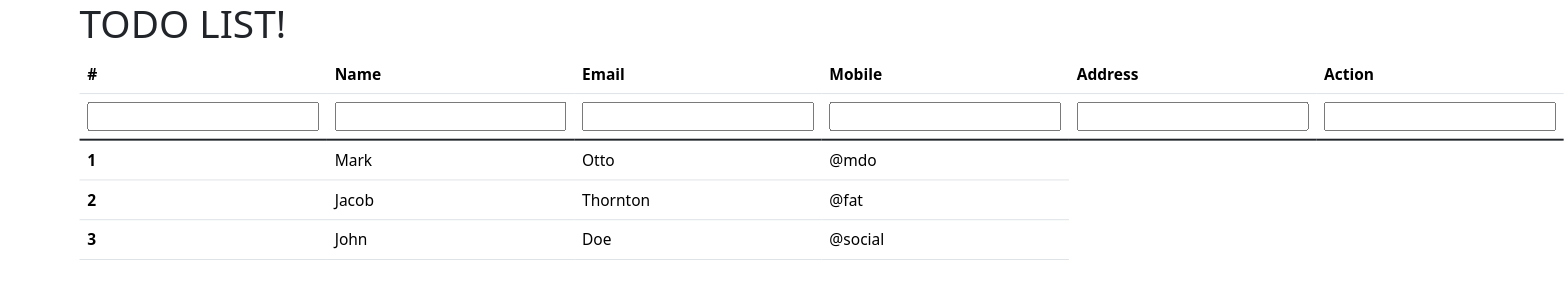
Repository: faizrehmandeveloper-spec/mern
Page: js/todo.html
The author's editor kept a copy of each file at every save. The page is drawn from the files as they stood at one save, then again after the next save.
The browser window is 1280 px wide. The page is 1612 px wide, then 1383 px, so the pictures cover 1612 px, including what lies to the right of the window. The pictures show the whole page, at 97% of full size.

Above is the page before, as saved 2026-06-25 11:35:03.

After the next save:
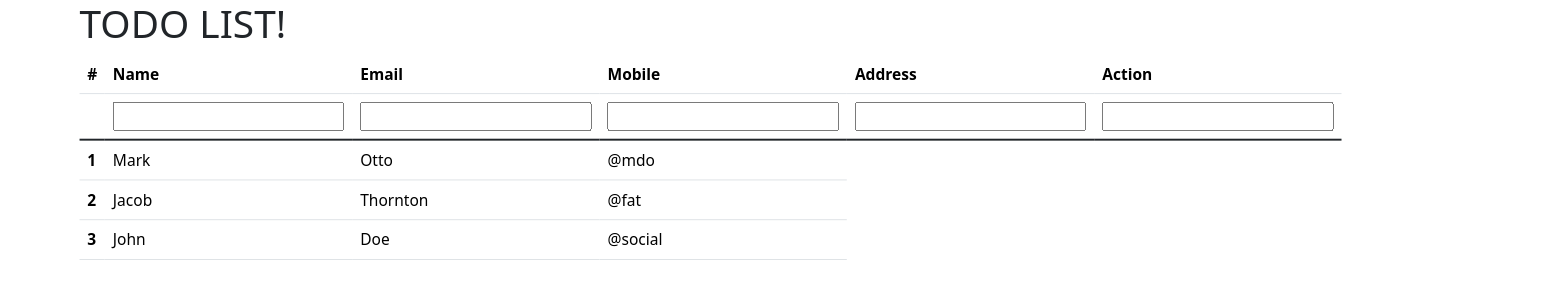
Saved 9 s later.
--- a/js/todo.html
+++ b/js/todo.html
@@ -23,7 +23,7 @@
                     <th scope="col">Action</th>
                 </tr>
                 <tr>
-                    <th><input type="text" id="name"></th>
+                    <th></th>
                     <th><input type="text" id="name"></th>
                     <th><input type="text" id="name"></th>
                     <th><input type="text" id="name"></th>
